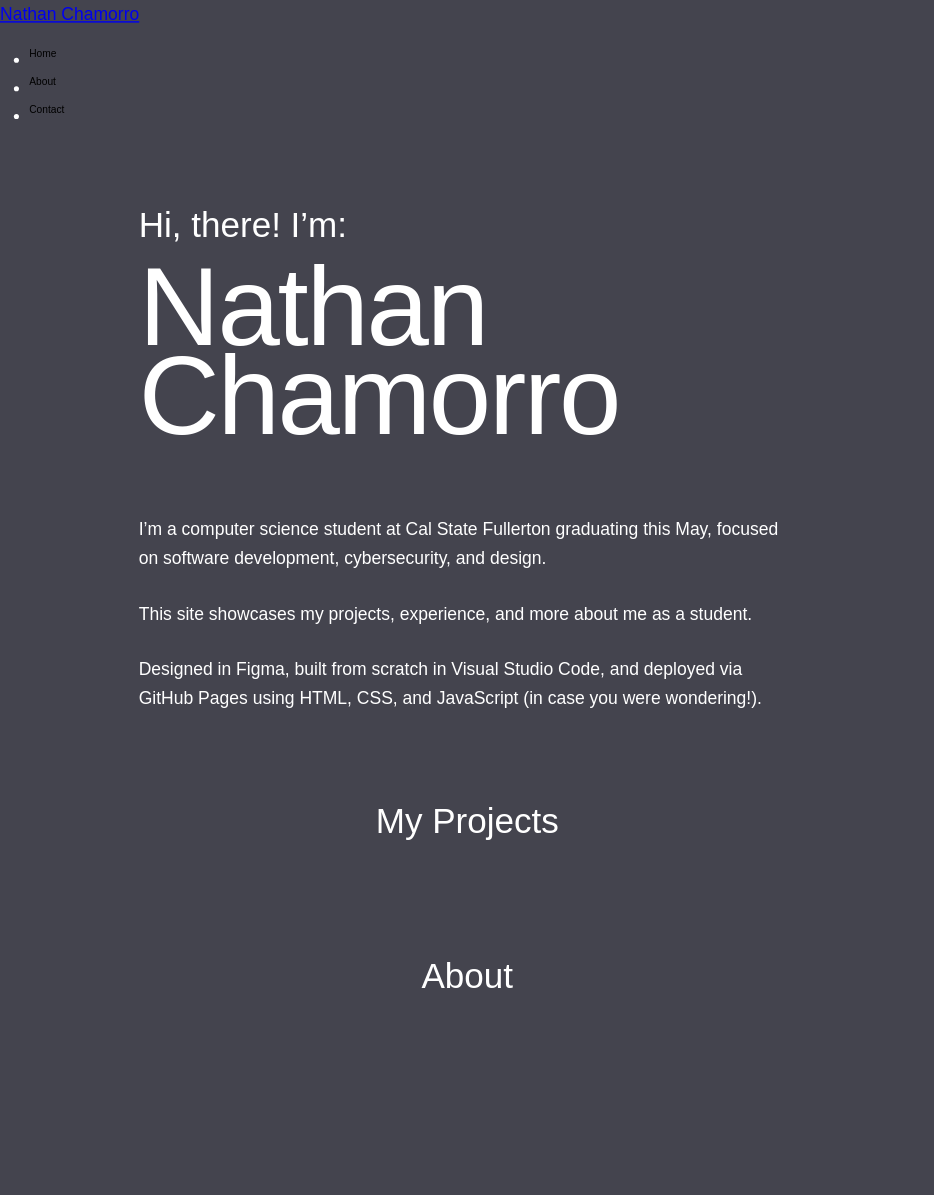
Repository: nathanchamorro1/nathanchamorro1.github.io
Page: index.html
An editor plug-in stored every save of this project. The page is shown before and after the next save, followed by the edit.
The browser window is 1280 px wide. The pictures show the whole page, at 73% of full size.
Some web fonts or font styles are not loaded; a fallback is used.

Above is the page before, as saved 2026-02-17 19:28:39.

After the next save:
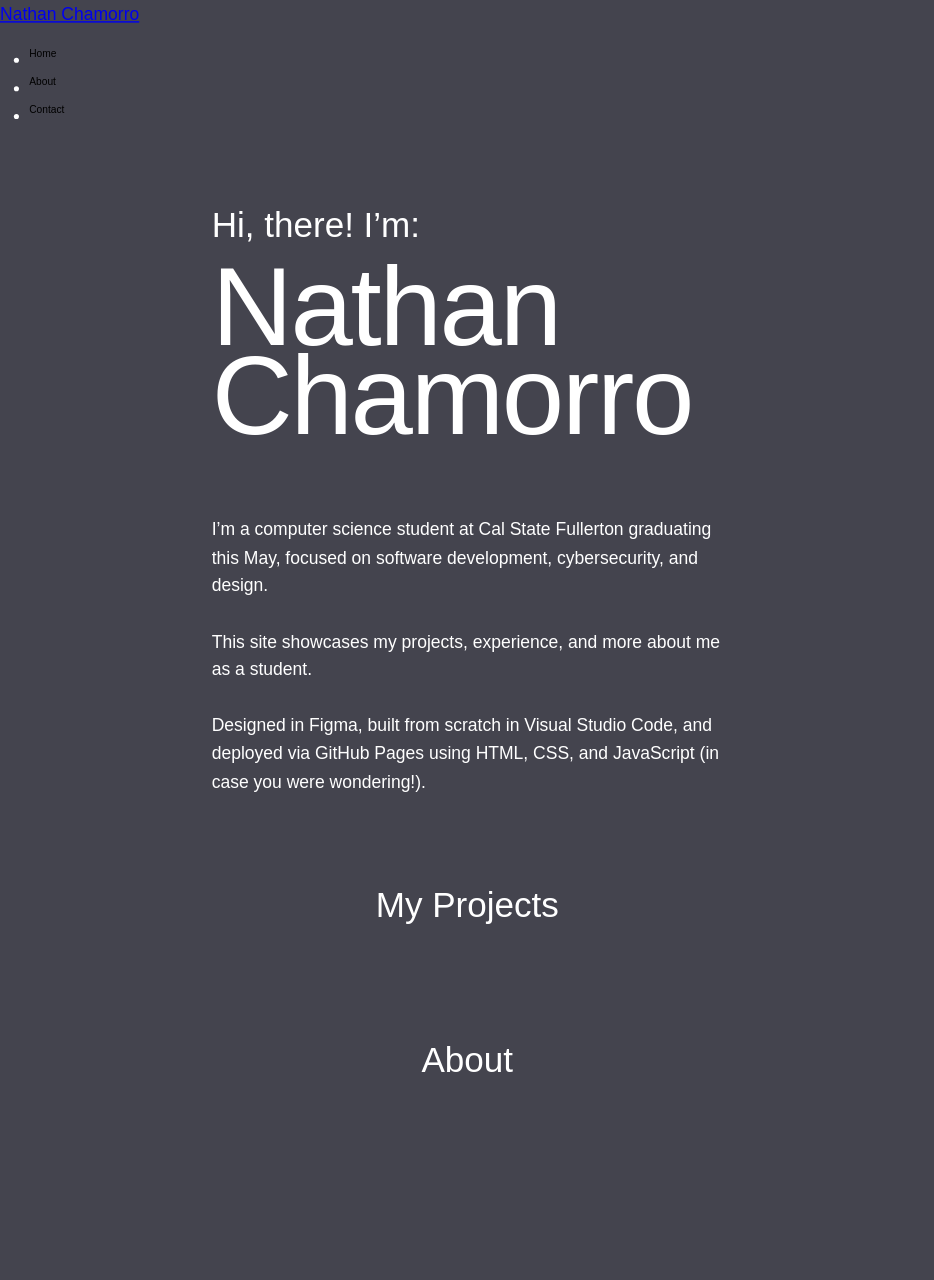
Saved 46 s later.
--- a/css/style.css
+++ b/css/style.css
@@ -11,7 +11,7 @@ body {
 }
 
 .content-wrapper {
-  max-width: 900px;
+  max-width: 700px;
   margin: 0 auto;
   padding: 0 40px;
   display: flex;
